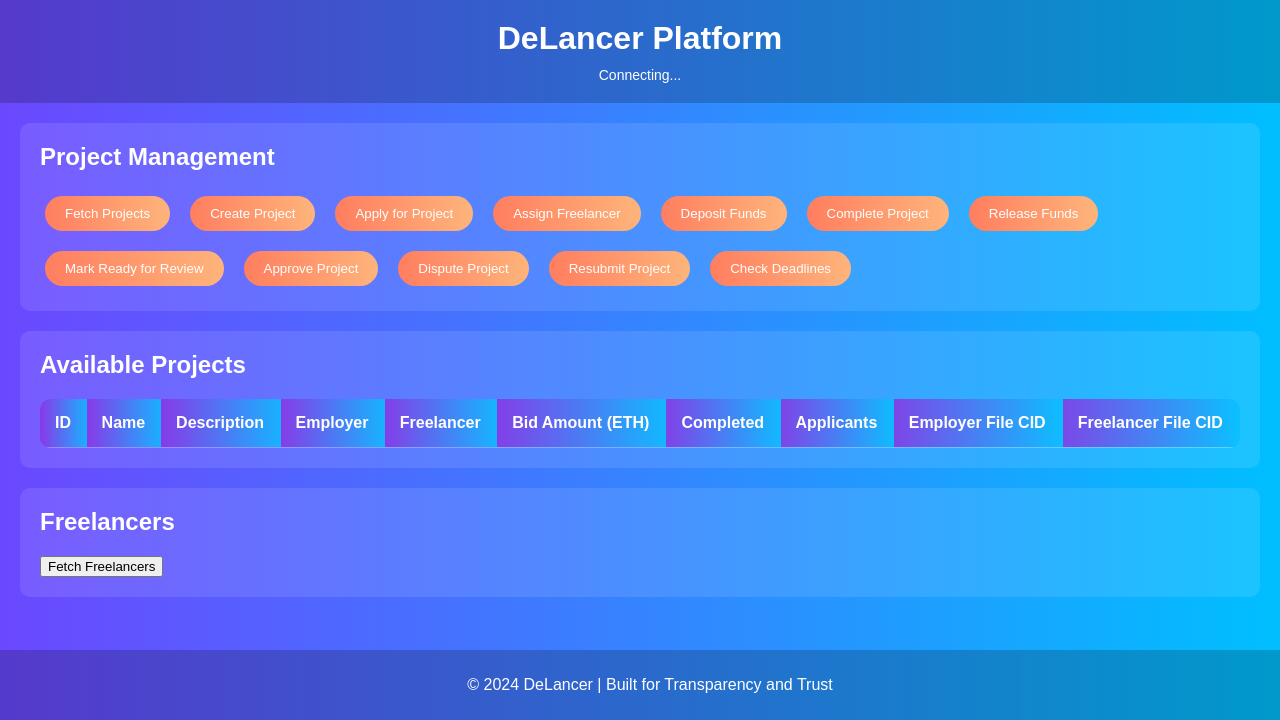
Repository: navjoth/DeLancer
Page: public/index.html
An editor plug-in stored every save of this project. The page is shown before and after the next save, followed by the edit.
The browser window is 1280 px wide. The pictures show the whole page.

Above is the page before, as saved 2025-03-22 00:12:22.

### public/index.html
<!DOCTYPE html>
<html lang="en">

<head>
    <meta charset="UTF-8">
    <meta name="viewport" content="width=device-width, initial-scale=1.0">
    <title>DeLancer</title>
    <script src="https://cdn.jsdelivr.net/npm/web3@1.6.1/dist/web3.min.js"></script>
    <!-- Add ipfs-http-client -->
    <script src="https://unpkg.com/ipfs-http-client@59.0.0/dist/index.min.js"></script>
    <link rel="stylesheet" href="style.css">
</head>

<body>
    <header>
        <h1>DeLancer Platform</h1>
        <div id="userAccount" class="status">Connecting...</div>
    </header>

    <main>
        <!-- Action Buttons Section -->
        <section class="action-section">
            <h2>Project Management</h2>
            <div class="button-group">
                <button id="fetchProjectsBtn">Fetch Projects</button>
                <button id="createProjectBtn">Create Project</button>
                <button id="applyProjectBtn">Apply for Project</button>
                <button id="assignFreelancerBtn">Assign Freelancer</button>
                <button id="depositFundsBtn">Deposit Funds</button>
                <button id="completeProjectBtn">Complete Project</button>
                <button id="releaseFundsBtn">Release Funds</button>
                <button id="markReadyBtn">Mark Ready for Review</button>
                <button id="approveBtn">Approve Project</button>
                <button id="disputeBtn">Dispute Project</button>
                <button id="resubmitBtn">Resubmit Project</button>
                <button id="checkDeadlinesBtn">Check Deadlines</button>
            </div>
        </section>

        <!-- Display Sections -->
        <section class="display-section">
            <h2>Available Projects</h2>
            <table>
                <thead>
                    <tr>
                        <th>ID</th>
                        <th>Name</th>
                        <th>Description</th>
                        <th>Employer</th>
                        <th>Freelancer</th>
                        <th>Bid Amount (ETH)</th>
                        <th>Completed</th>
                        <th>Applicants</th>
                        <th>Employer File CID</th>
                        <th>Freelancer File CID</th>
                    </tr>
                </thead>
                <tbody id="projectTable"></tbody>
            </table>
        </section>

        <!-- Freelancer Section -->
        <section class="freelancer-section">
            <h2>Freelancers</h2>
            <button id="fetchFreelancersBtn">Fetch Freelancers</button>
            <div id="freelancerTable"></div>
        </section>

        <!-- Removed the non-functional IPFS section since fetching is now in the project table -->
    </main>

    <footer>
        <p>© 2024 DeLancer | Built for Transparency and Trust</p>
    </footer>

    <script src="js/app.js"></script>
</body>

</html>

### public/style.css
body {
    font-family: Arial, sans-serif;
    background: linear-gradient(to right, #6b48ff, #00bfff);
    color: #fff;
    margin: 0;
    padding: 0;
}

header {
    text-align: center;
    padding: 20px;
    background: rgba(0, 0, 0, 0.2);
}

header h1 {
    margin: 0;
}

.status {
    font-size: 14px;
    margin-top: 10px;
}

main {
    padding: 20px;
}

section {
    background: rgba(255, 255, 255, 0.1);
    border-radius: 10px;
    padding: 20px;
    margin-bottom: 20px;
}

h2 {
    margin-top: 0;
}

.button-group {
    display: flex;
    gap: 10px;
    flex-wrap: wrap;
}

.button-group button {
    background: linear-gradient(90deg, #ff7e5f, #feb47b);
    color: #fff;
    border: none;
    padding: 10px 20px;
    margin: 5px;
    border-radius: 25px;
    cursor: pointer;
    transition: transform 0.2s ease, background 0.3s ease;
}

.button-group button:hover {
    transform: scale(1.05);
    background: linear-gradient(90deg, #feb47b, #ff7e5f);
}

table {
    width: 100%;
    border-collapse: collapse;
    margin-top: 20px;
    background: rgba(255, 255, 255, 0.1);
    border-radius: 10px;
    overflow: hidden;
}

th, td {
    padding: 15px;
    text-align: left;
    border-bottom: 1px solid rgba(255, 255, 255, 0.2);
    color: #fff;
}

th {
    background: linear-gradient(90deg, rgba(138, 43, 226, 0.8), rgba(0, 191, 255, 0.8));
    font-weight: bold;
}

td {
    background: rgba(255, 255, 255, 0.05);
}

#freelancerTable div {
    background: rgba(255, 255, 255, 0.1);
    padding: 15px;
    margin: 10px 0;
    border-radius: 10px;
    color: #fff;
}

#freelancerTable hr {
    border: 0;
    border-top: 1px solid rgba(255, 255, 255, 0.2);
}

.ipfs-section input {
    padding: 10px;
    width: 70%;
    border: none;
    border-radius: 5px;
    margin-right: 10px;
}

.ipfs-section button {
    padding: 10px 20px;
    border: none;
    border-radius: 5px;
    background: #ff7e5f;
    color: #fff;
    cursor: pointer;
}

footer {
    text-align: center;
    padding: 10px;
    background: rgba(0, 0, 0, 0.2);
    position: fixed;
    bottom: 0;
    width: 100%;
}

Loaded but not shown: public/js/app.js (1416 lines, source omitted)

After the next save:
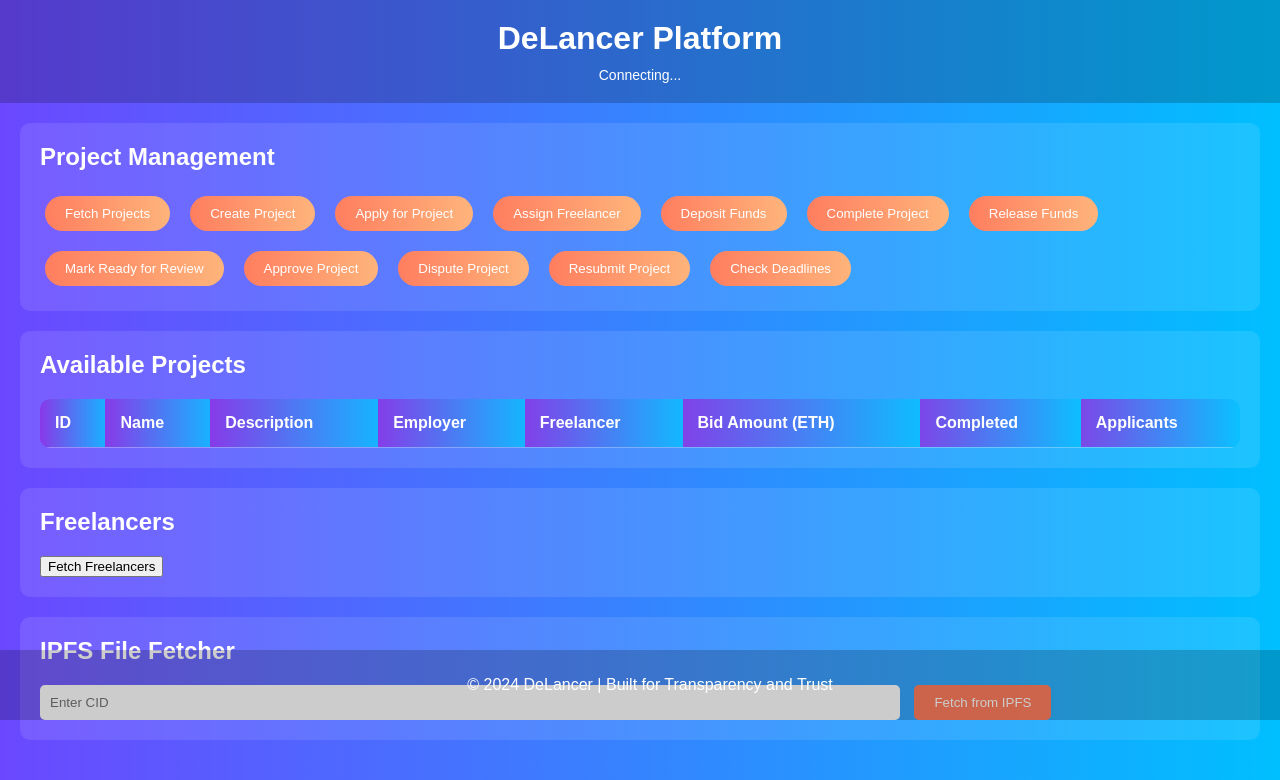
Saved 28 min 55 s later.
--- a/public/index.html
+++ b/public/index.html
@@ -6,8 +6,6 @@
     <meta name="viewport" content="width=device-width, initial-scale=1.0">
     <title>DeLancer</title>
     <script src="https://cdn.jsdelivr.net/npm/web3@1.6.1/dist/web3.min.js"></script>
-    <!-- Add ipfs-http-client -->
-    <script src="https://unpkg.com/ipfs-http-client@59.0.0/dist/index.min.js"></script>
     <link rel="stylesheet" href="style.css">
 </head>
 
@@ -29,6 +27,7 @@
                 <button id="depositFundsBtn">Deposit Funds</button>
                 <button id="completeProjectBtn">Complete Project</button>
                 <button id="releaseFundsBtn">Release Funds</button>
+                <!-- New Buttons for Mutual Agreement with Dispute Resolution -->
                 <button id="markReadyBtn">Mark Ready for Review</button>
                 <button id="approveBtn">Approve Project</button>
                 <button id="disputeBtn">Dispute Project</button>
@@ -51,8 +50,6 @@
                         <th>Bid Amount (ETH)</th>
                         <th>Completed</th>
                         <th>Applicants</th>
-                        <th>Employer File CID</th>
-                        <th>Freelancer File CID</th>
                     </tr>
                 </thead>
                 <tbody id="projectTable"></tbody>
@@ -66,7 +63,12 @@
             <div id="freelancerTable"></div>
         </section>
 
-        <!-- Removed the non-functional IPFS section since fetching is now in the project table -->
+        <!-- IPFS Section -->
+        <section class="ipfs-section">
+            <h2>IPFS File Fetcher</h2>
+            <input type="text" id="cidInput" placeholder="Enter CID" />
+            <button id="fetchButton">Fetch from IPFS</button>
+        </section>
     </main>
 
     <footer>
